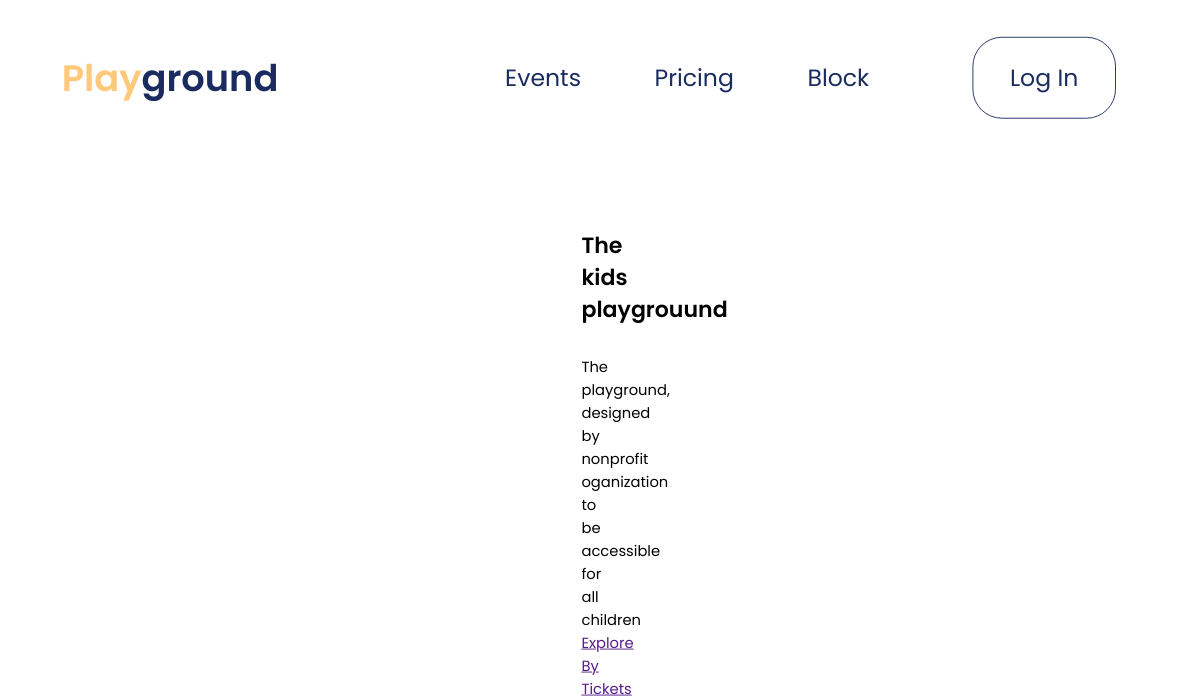
Repository: tuanpham-aptech/front-end
Page: psdtohtml/playgroud/index.html
The author's editor kept a copy of each file at every save. The page is drawn from the files as they stood at one save, then again after a run of saves.
The browser window is 1280 px wide. The pictures show the whole page, at 92% of full size.
Some web libraries are served in a nearby version.

Above is the page before, as saved 2021-10-13 17:46:42.

After the next 2 saves:
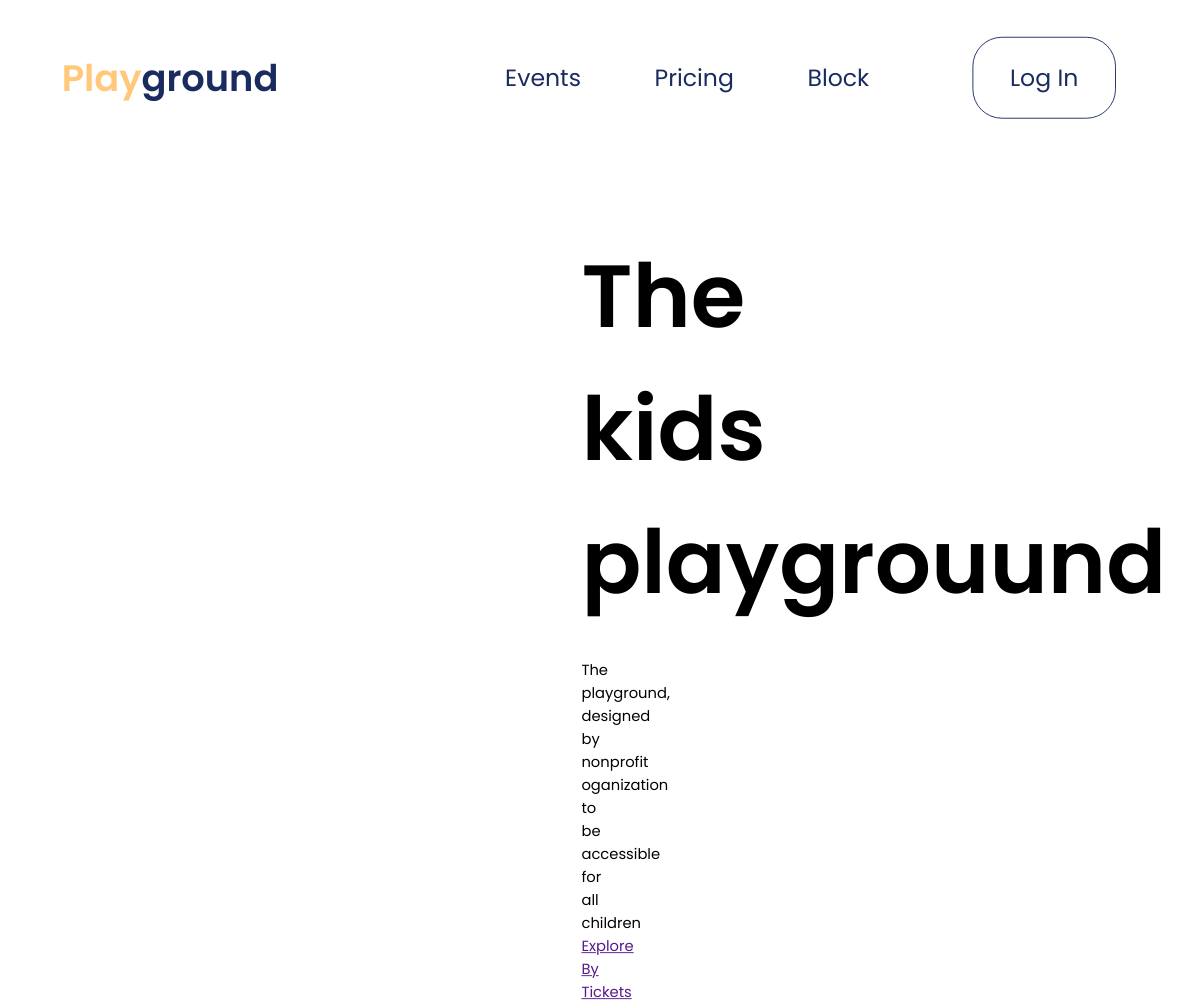
The 2 saves are shown as one change because they came seconds apart.
The last was saved 6 s later.
--- a/psdtohtml/playgroud/assets/css/style.css
+++ b/psdtohtml/playgroud/assets/css/style.css
@@ -85,5 +85,6 @@
 
 .banner__heading {
     margin-bottom: 2rem;
+    font-size: 6rem;
     fon
 }
